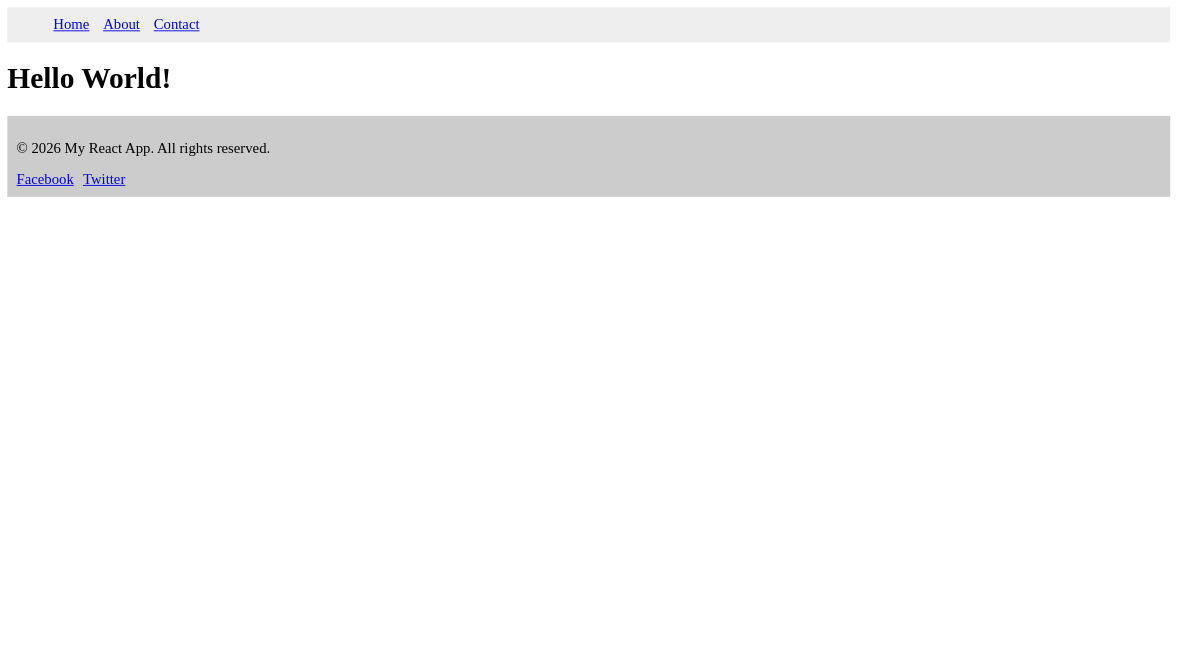
Repository: AuthnSapuarachchi/AF-Lab-08
Page: /
An editor plug-in stored every save of this project. The page is shown before and after the next save, followed by the edit.
The browser window is 1280 px wide. The pictures show the whole page, at 92% of full size.
The project was rebuilt for these pictures with package versions that can differ from the ones it lists, and the page was loaded fresh each time. Also part of the build but not shown: vite.config.js, src/index.css, src/App.css.

Above is the page before, as saved 2026-05-01 23:25:05.

### index.html
<!doctype html>
<html lang="en">
  <head>
    <meta charset="UTF-8" />
    <link rel="icon" type="image/svg+xml" href="/favicon.svg" />
    <meta name="viewport" content="width=device-width, initial-scale=1.0" />
    <title>lab-01</title>
  </head>
  <body>
    <div id="root"></div>
    <script type="module" src="/src/main.jsx"></script>
  </body>
</html>

### src/App.jsx
import './App.css'
import Greeting from './components/Greeting'
import NavBar from './components/NavBar'
import Footer from './components/Footer'

function App() {

  return (
    <>
      <NavBar />
      <Greeting />
      <Footer />
    </>
  )
}

export default App

### src/components/Greeting.jsx
function Greeting() {
  return (
    <div>
      <h1>Hello World!</h1>
    </div>
  );
}

export default Greeting;

### src/components/NavBar.jsx
function NavBar() {
  return (
    <nav style={{ padding: '10px', backgroundColor: '#eee' }}>
      <ul style={{ listStyleType: 'none', display: 'flex', gap: '15px', margin: 0 }}>
        <li><a href="#home">Home</a></li>
        <li><a href="#about">About</a></li>
        <li><a href="#contact">Contact</a></li>
      </ul>
    </nav>
  );
}

export default NavBar;

### src/components/Footer.jsx
function Footer() {
  return (
    <footer style={{ marginTop: '20px', padding: '10px', backgroundColor: '#ccc' }}>
      <p>&copy; 2026 My React App. All rights reserved.</p>
      <div>
        <a href="#facebook" style={{ marginRight: '10px' }}>Facebook</a>
        <a href="#twitter">Twitter</a>
      </div>
    </footer>
  );
}

export default Footer;

### src/components/Banner.jsx
function Banner() {
  return (
    <div style={{ backgroundColor: '#ffeb3b', padding: '30px', textAlign: 'center' }}>
      <h1>Huge Summer Sale!</h1>
      <p>Get up to 50% off all items today only.</p>
    </div>
  );
}

export default Banner;

### src/components/Card.jsx
function Card() {
  return (
    <div style={{ border: '1px solid #ddd', padding: '15px', width: '250px' }}>
      <img src="https://via.placeholder.com/250x150" alt="Product" style={{ maxWidth: '100%' }} />
      <h2>Cool Sneaker</h2>
      <p>This is the best sneaker on the market. Buy it now!</p>
    </div>
  );
}

export default Card;

### src/components/Testimonial.jsx
function Testimonial() {
  return (
    <div style={{ display: 'flex', alignItems: 'center', gap: '15px', margin: '20px 0' }}>
      <img src="https://via.placeholder.com/50" alt="Customer" style={{ borderRadius: '50%' }} />
      <div>
        <p style={{ fontStyle: 'italic' }}>"This service changed my life! Highly recommended."</p>
        <strong>- Jane Doe</strong>
      </div>
    </div>
  );
}

export default Testimonial;

### src/components/Button.jsx
function Button({ label, size, color }) {
  const styles = {
    padding: size === 'large' ? '15px 30px' : '10px 20px',
    backgroundColor: color || 'blue',
    color: 'white',
    border: 'none',
    borderRadius: '5px',
    cursor: 'pointer'
  };

  return <button style={styles}>{label}</button>;
}

export default Button;

Loaded but not shown: src/main.jsx (common file)

After the next save:
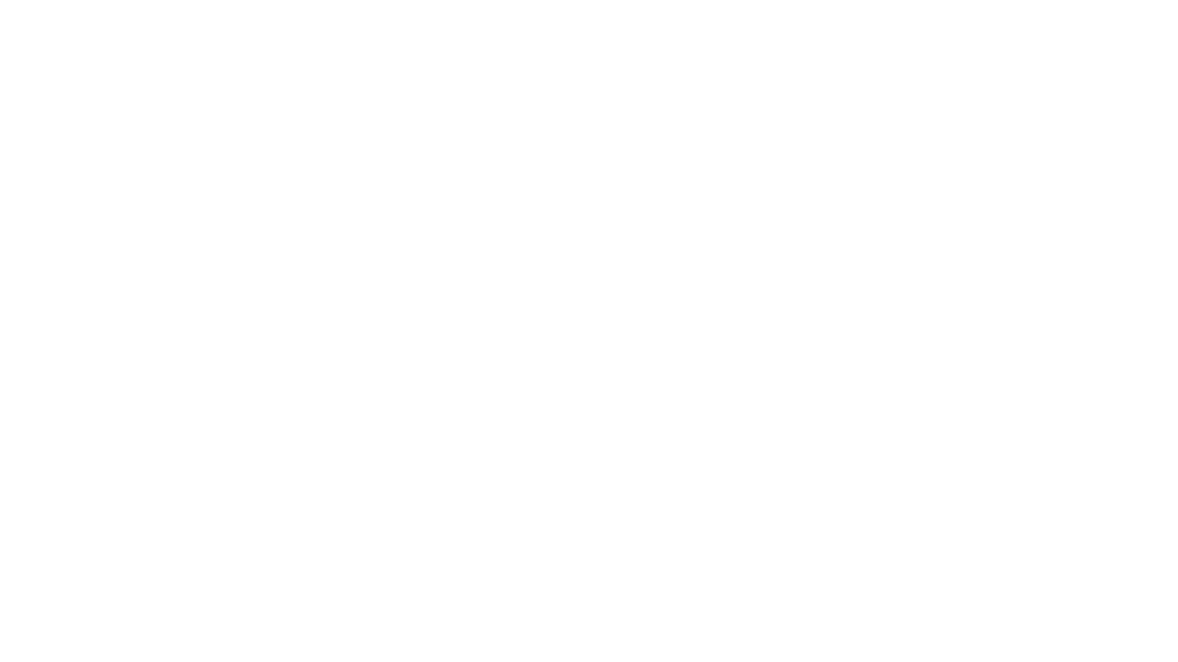
Console error: ReferenceError: Banner is not defined
Saved 22 s later.
--- a/src/App.jsx
+++ b/src/App.jsx
@@ -8,7 +8,23 @@
   return (
     <>
       <NavBar />
-      <Greeting />
+      <Banner />
+
+      <div style={{ padding: '20px' }}>
+        <Greeting />
+
+        <h3>Check out our product:</h3>
+        <Card />
+
+        <h3>Testimonials:</h3>
+        <Testimonial />
+
+        <h3>Try our customizable buttons:</h3>
+        <Button label="Click Me!" color="green" size="large" />
+        <br /><br />
+        <Button label="Small Button" color="purple" size="small" />
+      </div>
+
       <Footer />
     </>
   )

After the save that followed:
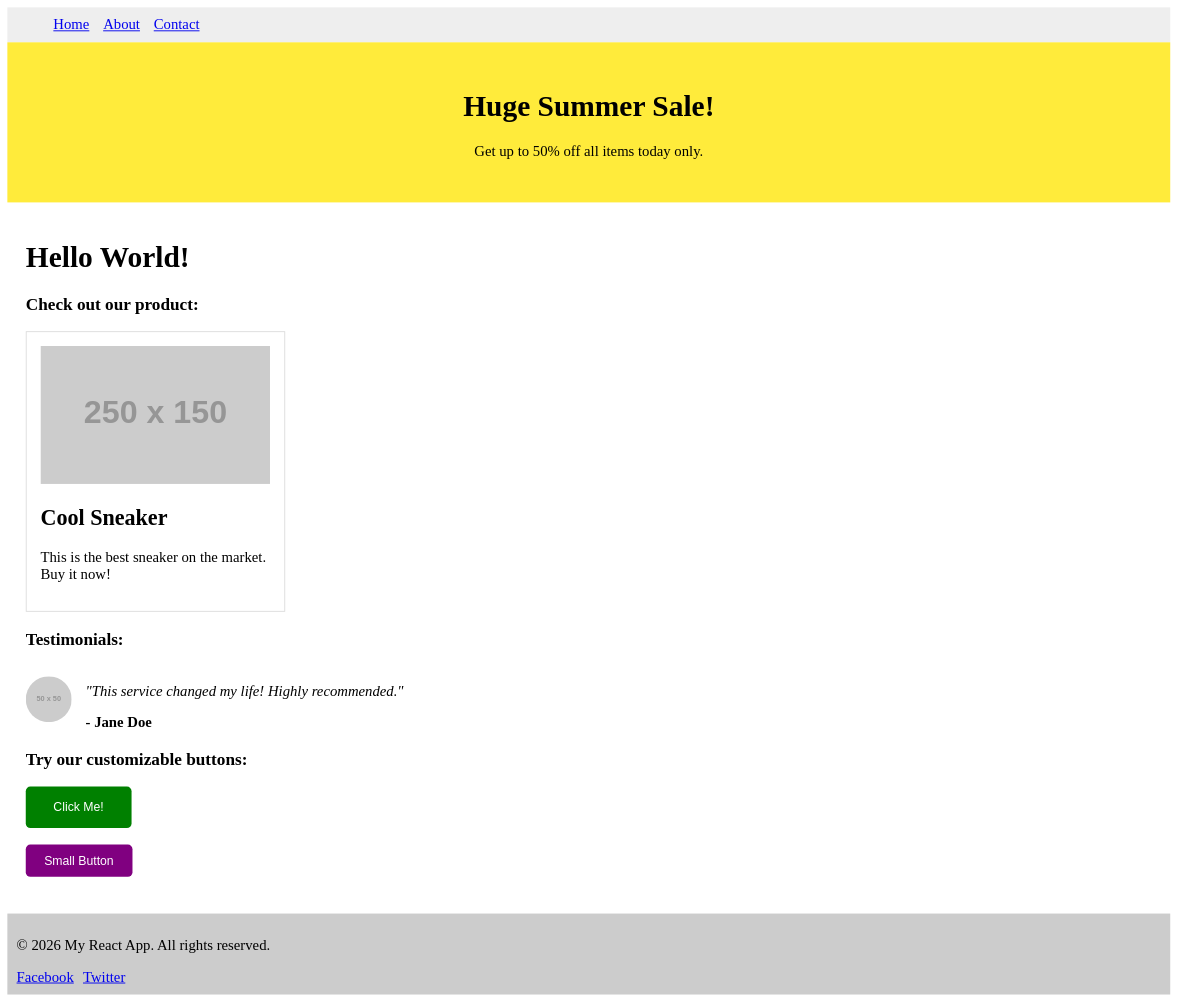
The error is gone.
Saved 6 s later.
--- a/src/App.jsx
+++ b/src/App.jsx
@@ -2,6 +2,10 @@
 import Greeting from './components/Greeting'
 import NavBar from './components/NavBar'
 import Footer from './components/Footer'
+import Banner from './components/Banner'
+import Card from './components/Card'
+import Testimonial from './components/Testimonial'
+import Button from './components/Button'
 
 function App() {
 
